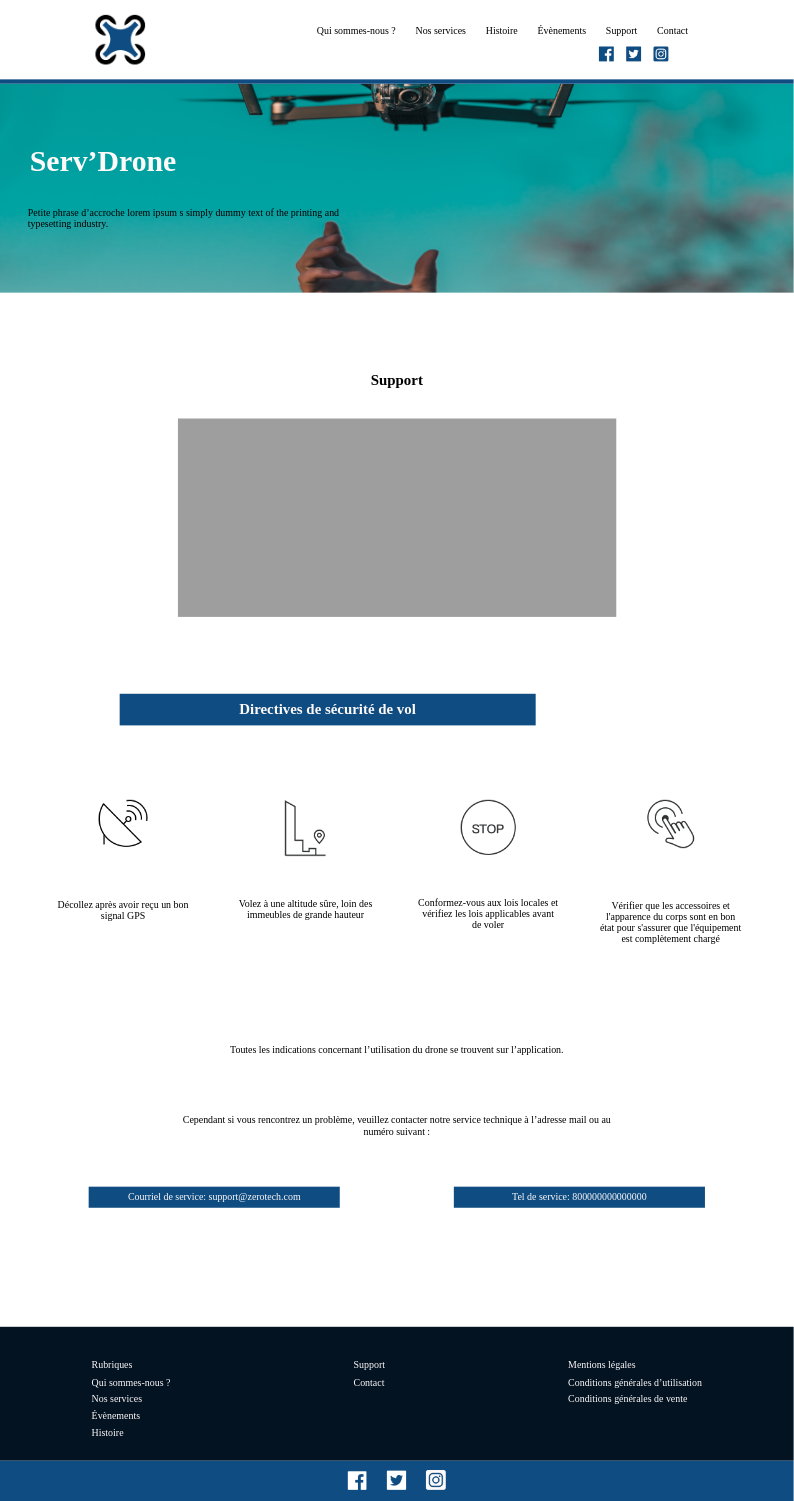
Repository: clairedupuich/serv_drone
Page: http://localhost/support.html
An editor plug-in stored every save of this project. The page is shown before and after the next save, followed by the edit.
The browser window is 1280 px wide. The pictures show the whole page, at 62% of full size.
Pictures or frames that could not be fetched are drawn as grey boxes. The page is run by PHP 8.4 with error messages shown; the project is at /var/www/html/.

Above is the page before, as saved 2020-10-29 23:47:29.

### support.html
<!DOCTYPE html>
<html lang="en">

<head>
    <meta charset="UTF-8">
    <meta name="viewport" content="width=device-width, initial-scale=1.0">
    <title>Document</title>
    <link rel="stylesheet" href="style.css">
</head>

<body>
    <header>
        <section class="navLogo">
            <img src="img/Group 5.png" class="logo">
            <div class="navAndIcon">
                <ul class="nav">
                    <li class=""> <a href=""> Qui sommes-nous ?</a></li>
                    <li class=""> <a href=""> Nos services</a></li>
                    <li class=""> <a href=""> Histoire</a></li>
                    <li class=""> <a href=""> Évènements</a></li>
                    <li class=""> <a href=""> Support</a></li>
                    <li class=""> <a href=""> Contact</a></li>
                </ul>

                <div class="iconHeader">
                  <a href="" class="iconHaut"><img src="img/Vector.png" alt=""></a>
                  <a href="" class="iconHaut"><img src="img/Vector(1).png" alt=""></a>
                  <a href="" class="iconHaut"><img src="img/Vector(2).png" alt=""></a>
                </div>
            </div>
        </section>
        <section class="grandImg">
            <h2>Serv’Drone</h2>
            <p class="inHeaderP">Petite phrase d’accroche lorem ipsum s simply dummy text
                of the printing and typesetting industry.</p>
        </section>
    </header>
    <section class="contenueSupport">
        <section class="videoDiv">
            <h2>Support</h2>
            <iframe width="60%" min-width="320px" height="320px" src="https://www.youtube.com/embed/rnkqKYyqMcI" frameborder="0"
                allow="accelerometer; autoplay; clipboard-write; encrypted-media; gyroscope; picture-in-picture"
                allowfullscreen></iframe>
        </section>
        <h2 class="titreIcon">Directives de sécurité de vol</h2>
        <section class="iconText">
            <figure class="fig">
                <img src="img/index7.png" alt="" class="icon icon1" />
                <figcaption>Décollez après avoir reçu un bon signal GPS</figcaption>
            </figure>
            <figure class="fig">
                <img src="img/index5.png" alt="" class="icon" />
                <figcaption>Volez à une altitude sûre, loin des immeubles de grande hauteur</figcaption>
            </figure>
            <figure class="fig">
                <img src="img/index4.png" alt="" class="icon" />
                <figcaption>Conformez-vous aux lois locales et vérifiez les lois applicables avant de voler</figcaption>
            </figure>
            <figure class="fig">
                <img  src="img/index6.png" alt="" class="icon icon4" />
                <figcaption>Vérifier que les accessoires et l'apparence du corps sont en bon état pour s'assurer que
                    l'équipement est complètement chargé</figcaption>
            </figure>
        </section>
        <section class="">
            <p class="repaire">Toutes les indications concernant l’utilisation du drone se trouvent sur l’application.</p>
            <p class="repaire">Cependant si vous rencontrez un problème, veuillez contacter notre service technique à l’adresse mail ou au numéro suivant :</p>
            <div class="teleMail">
                <p class="tele">Courriel de service: support@zerotech.com</p>
                <p class="mail">Tel de service: 800000000000000</p>
            </div>
        </section>
    </section>
    <footer>
        <div class="textFooterC">
            <div class="texFooter">
                <a href="" class="textFooterEle">Rubriques</a>
                <a href="" class="textFooterEle">Qui sommes-nous ? </a>
                <a href="" class="textFooterEle">Nos services</a>
                <a href="" class="textFooterEle">Évènements</a>
                <a href="" class="textFooterEle">Histoire</a>


            </div>
            <div class="texFooter">
                <a href="" class="textFooterEle">Support</a>
                <a href="" class="textFooterEle">Contact</a>
            </div>
            <div class="texFooter">
                <a href="" class="textFooterEle">Mentions légales</a>
                <a href="" class="textFooterEle">Conditions générales d’utilisation</a>
                <a href="" class="textFooterEle">Conditions générales de vente</a>
            </div>
        </div>
        <div class="iconsFooter">
               <img src="img/Vector 1.png" alt="" class="iconFooter">
               <img src="img/Vector2.png" alt="" class="iconFooter">
               <img src="img/Vector 3.png" alt="" class="iconFooter">
        </div>
    </footer>
</body>

</html>

### style.css
/* header commence ci-desous */
.navLogo {
    display: flex;
    flex-wrap: wrap;
    flex-direction: row;
    justify-content: space-around;
    align-items: center;
    padding: 1.5em;
}
.logo {
    width: 5em;
    height: 5em;
    margin-left: 0;
}
.nav {
    display: flex;
    flex-wrap: wrap;
    flex-direction: row;
    justify-content: space-between;
    margin-bottom: 0;
}
.nav > li {
    text-decoration: none;
    transition-property: transform;
    transition-duration: .2s;
    transform: scale(1);
    padding: 1em;
    list-style: none;
}
.nav > li > a {
    list-style: none;
    color:black;
    text-decoration: none;

}
.nav > li:hover {
    transform: scale(1.3);
    color: rgb(10, 23, 204);

}

.nav > li > a:hover {
    transform: scale(1.3);
    color: rgb(10, 23, 204);

}
.iconHeader {
    text-align: end;
   margin-right: 3em;
}
.iconHaut {
    margin-left: 1em;
}
.grandImg {
    background-image: url(img/headerimg.png);
    border-top: 7px solid #0F4C81;
    background-repeat: no-repeat;
    background-origin: border-box;
    background-position: center;
}
.grandImg > h2 {
    color: snow;
    font-size:3em ;
    margin: 0 auto 1em 1em;
    padding-top: 2em;
}
.inHeaderP {
    width: 40%;
    margin-bottom: 7em;
    padding-bottom: 8%;
    padding-left: 3.5%;
}
@media screen and (max-width: 770px) {
    .inHeaderP {
        width: 70%;
        margin-bottom: 6em;
        padding: 8% auto;
    }
    .grandImg > h2 {
        color: snow;
        font-size:2em ;
        margin: 0 auto 1em 1em;
        padding-top: 2em;
    }
}
/* page support commence */
*{
    margin: 0;
    padding: 0;
}
.videoDiv,
.iconText, {
    margin-bottom: 7em;
}
.contenueSupport {
   margin: 4em auto;
   padding: 1em 4%;
   text-align: center;
}
iframe {
    min-width: 300px;
}
.videoDiv > h2 {
   margin-bottom: 2em;
}

/* les icons de page support commence */
.titreIcon {
    color: snow;
    background-color: #0F4C81;
    background-clip: ;
    margin: 5em 12%;
    padding: .5em;
    width: 55%;
}

.iconText {
    display: flex;
    flex-direction: row;
    flex-wrap: wrap;
    justify-content: space-around;
}
.fig {
    width: 25%;
    margin-bottom: 7em;
}
.icon {
    margin-bottom: 2em;
}
.icon1,
.icon4 {
    margin-bottom: 3em;
}
.fig > figcaption {
    text-align: center;
    padding: 2em;
}

.repaire {
    margin-bottom: 4em;
    padding: 1em 15em;
}
.teleMail {
    display: flex;
    flex-direction: row;
    flex-wrap: wrap;
    justify-content: space-around;
}
.tele,
.mail {
    color: snow;
    background-color: #0F4C81;
    margin-bottom: 3em;
    padding: .5em;
    width: 33%;
}

/* page qui somme nous commence */
.quiHaut {
    text-align: center;
    background-color: #031322;
    background-clip: border-box;
    padding: 3em 17%;
    color: snow;
}
.littleTitre {
    font-weight: bold;
    padding: 2em;
    font-size: 1.2em;
}
.quiText {
    padding-bottom: 9em;
    line-height: 1.5em;
    text-align: justify;
}
.chefs {
    /* background-color: #031322; */
    background-clip: border-box;
    padding:2em 8%;
   /*  color: snow; */
}
.chefs > h4 {
    margin-left: 4em;
}
.man {
    display: flex;
    flex-wrap: wrap;
    flex-direction: row;
    justify-content: space-around;
    margin-bottom: 6em;
}
.imgMan2 {
    display: none;
}
.manText {
    width: 35%;
    text-align: justify;

}
@media screen and (max-width: 380px){
    .manText {
        width: 65%;
        text-align: justify;

    }
    .imgMan2 {
        display: block;
    }
    .imgManComputer {
        display: none;
    }
}

/* footer commence */
footer {

    color: snow;
    margin-top: 8em;
}
.textFooterC {
    background-color: #031322;
    display: flex;
    flex-direction: row;
    flex-wrap: wrap;
    justify-content: space-around;
    padding-top: 3em;
    padding-bottom: 2em;
}
.texFooter {
    display: flex;
    flex-direction: column;
    line-height: 1.7em;
    background-clip: border-box;
}
/* .textFooter2 {
    margin-right: 19em;
} */
.textFooterEle {
    text-decoration: none;
    list-style: none;
    color: snow;
}
.iconsFooter {
    background-color: #0F4C81;
    text-align: center;
}
.iconFooter{
   padding: 0.9em;
}

/* page contact commence */
.contenueContact {
    padding:2em 9%;
    background-color: #f2f3f3;
    background-clip: border-box;
}
.contact {
    display: flex;
    flex-direction: row;
    flex-wrap: wrap;
    justify-content: space-around;
    margin-bottom: 3em;
}
.contact > p {
    background-color: #ffffff;
    padding: 10% 2em;
    border-radius: 3em;
    margin-bottom: 1.5em;

}
.contact > p > span {
    font-size: 1.5em;
    display: block;
    margin-bottom: 1em;
}
.contact_img {
    border-radius: 3em;
    width: 40%;
    min-width: 20em;
}

/* formulaire ci-desous */
.cont h2 {
    margin: 6em auto 2em;
    text-align: center;
    width: 80%;
}

.hform {

    background-image: url(img/drone2.png);
    background-repeat: no-repeat;
    background-position-x: right;
    background-position-y: top;
}

.cont h3 {
    margin-bottom: 1em;
}

.contat-p {
    padding: 8px auto;
}

form {
    margin-top: 1.5em;

}

.nomemail {
    display: flex;
    flex-direction: row;
    flex-wrap: wrap;
    justify-content: space-between;

}

.form-nom {
    width: 40%;
    min-width: 16em;
}

.form-emil {
    width: 40%;
    margin-right:.5em;
    min-width: 16em;
}

.name {

    color: rgb(39, 37, 37);
    padding: 1em;
    width: 100%;
    margin: 0.7em auto;
}

.textarea {
    width: 100%;
    padding: 1.5em;
    font-size: 1em;
    margin-bottom: 2em;
    font-style: italic;

}

.contact-submit input {
    padding: .6em;
    font-size: 1em;
    background-color: #febf01;
    border: darkslategrey solid 1px;
    box-shadow: 2px 3x 6px black;
    border-radius: 3px;
    color: cornsilk;
    cursor: pointer;
}
@media screen and (max-width: 556px) {
    footer {
        margin-top: 5em;
        text-align: center;
    }
    .textFooterC {
        display: flex;
        flex-direction: column;
        flex-wrap: wrap;
        justify-content: space-around;
        padding-top: 3em;
        padding-bottom: 2em;
    }
    .texFooter {
        display: flex;
        flex-direction: column;
        line-height: 1.7em;
        background-clip: border-box;
    }

    .cont {
        background-image: url(img/drone2.png);
        background-repeat: no-repeat;
        background-position-x: right;
        background-position-y: top;
    }
    .hform {

        background-image: url();
    }

    .textarea {
        width: 92%;
    }

}
/* formulaier fini ici */

/* page d'aceuill commence */

.containerService {
    display: flex;
    flex-direction: row;
    flex-wrap: wrap;
    justify-content: space-around;
}
.imgService {
    width: 560px;
    height: 315px;
}
.textService {
    width: 40%;

}

After the next save:
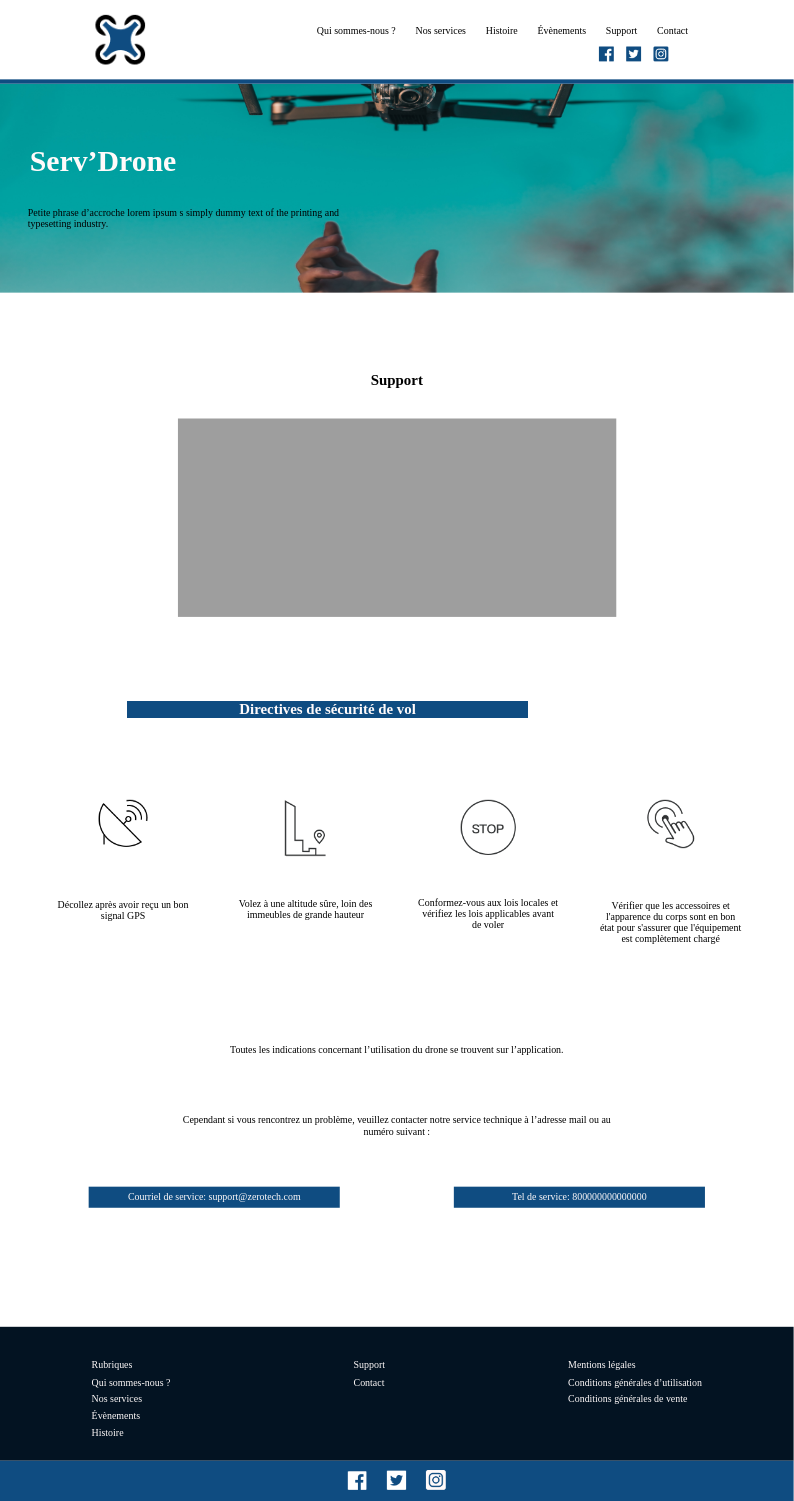
Saved 11 s later.
--- a/style.css
+++ b/style.css
@@ -108,7 +108,7 @@ iframe {
 .titreIcon {
     color: snow;
     background-color: #0F4C81;
-    background-clip: ;
+    background-clip: content-box;
     margin: 5em 12%;
     padding: .5em;
     width: 55%;
